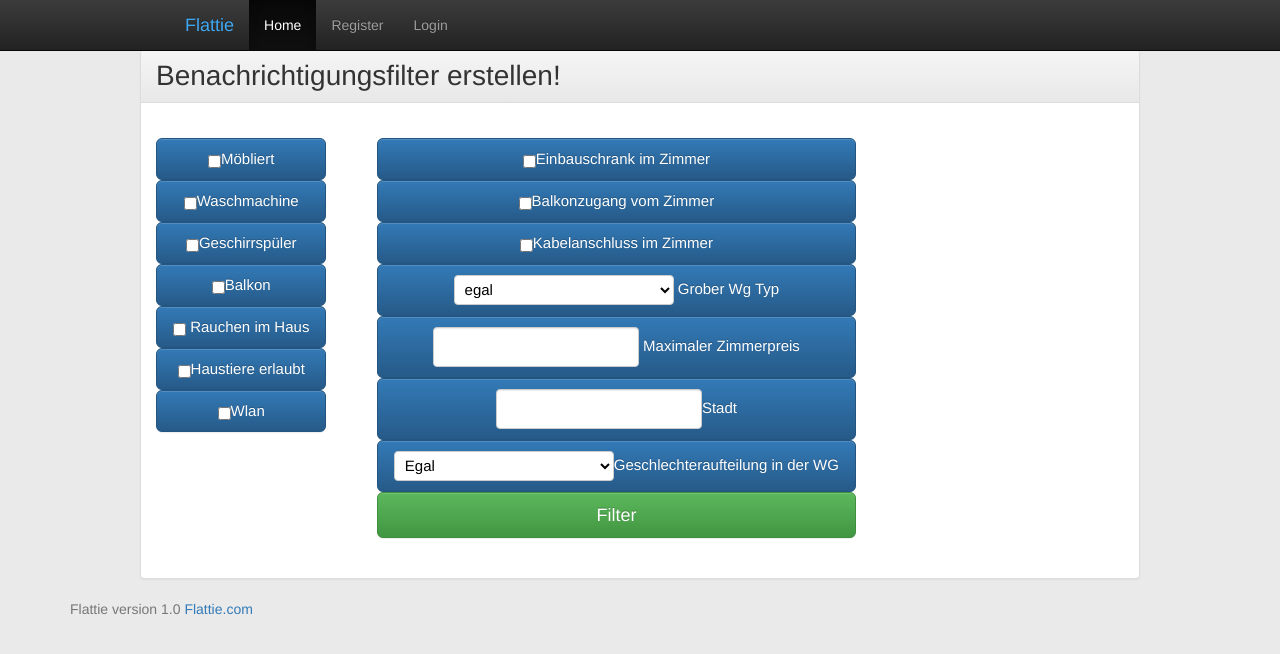
Repository: ese-unibe-ch/ese2014-team2
Page: http://localhost/Skeleton/pages/createCustomFilter.jsp
The author's editor kept a copy of each file at every save. The page is drawn from the files as they stood at one save, then again after the next save.
The browser window is 1280 px wide. The pictures show the whole page.
Some web libraries are served in a nearby version. The page is served by Tomcat 9. Nobody is signed in. The application's start-up code is not run. Other server files are loaded and not shown. The template is opened directly, without the code that normally fills it, so the values that code supplies are empty.

Above is the page before, as saved 2014-11-26 11:48:35.
Console error (its wording comes from the project's code and is left out).

### Skeleton/src/main/webapp/pages/createCustomFilter.jsp
<%@ page language="java" pageEncoding="UTF-8" contentType="text/html;charset=utf-8" %>
<%@ taglib prefix="c" uri="http://java.sun.com/jsp/jstl/core" %>
<%@ taglib prefix="form" uri="http://www.springframework.org/tags/form" %>
<%@ taglib prefix="spring" uri="http://www.springframework.org/tags" %>


<c:import url="template/header.jsp" />



<div class="main">
	<div class="col-sm-16">
    	<div class="panel panel-default">
        	<div class="panel-heading">
            	<h3 class="panel-title">Benachrichtigungsfilter erstellen!</h3>
            </div>
            <div class="panel-body">


              <form:form method="post" modelAttribute="filterForm" action="saveCustomFilter"
		id="filterForm" cssClass="form-horizontal" autocomplete="off"
		enctype="multipart/form-data">
		<fieldset>



  				<div class="row">
				  <div class="col-lg-5">
				    <div class="input-group">

        					<h3><label class="btn btn-primary btn-lg btn-block" ><form:checkbox path="furnished" id="field-furnished" />Möbliert</label></h3>
							<h3><label class="btn btn-primary btn-lg btn-block" ><form:checkbox	path="hasLaundry" id="field-Laundry" />Waschmachine</label></h3>
							<h3><label class="btn btn-primary btn-lg btn-block" ><form:checkbox	path="hasDishwasher" id="field-Dishwasher" />Geschirrspüler</label></h3>
							<h3><label class="btn btn-primary btn-lg btn-block" ><form:checkbox	path="hasBalcony" id="field-Balcony"/>Balkon</label></h3>
							<h3><label class="btn btn-primary btn-lg btn-block" ><form:checkbox	path="smokingInside" id="field-smokingInside"/> Rauchen im Haus</label></h3>
							<h3><label class="btn btn-primary btn-lg btn-block" ><form:checkbox	path="hasPets" id="field-pets" />Haustiere erlaubt</label></h3>
							<h3><label class="btn btn-primary btn-lg btn-block" ><form:checkbox	path="wlan" id="field-wlan" />Wlan</label></h3>



				    </div><!-- /input-group -->
				  </div><!-- /.col-lg-6 -->
				  <div class="col-lg-5">
				    <div class="input-group">
				      		<h3><label class="btn btn-primary btn-lg btn-block" ><form:checkbox	path="hasBuiltInCloset" id="field-closet"/>Einbauschrank im Zimmer</label></h3>
				      		<h3><label class="btn btn-primary btn-lg btn-block" ><form:checkbox	path="toBalcony" id="field-isToBalcony"/>Balkonzugang vom Zimmer</label></h3>
				      		<h3><label class="btn btn-primary btn-lg btn-block" ><form:checkbox	path="hasCables" id="field-Cables"/>Kabelanschluss im Zimmer</label></h3>
				      		<h3><label class="btn btn-primary btn-lg btn-block" >
				      		<font color="000000"> <form:select path="wgType" id="field-wgType">
								<option value="undef">egal</option>
								<option value="wild">eher wild</option>
								<option value="calm">eher ruhig</option>


							</form:select> </font> Grober Wg Typ</label></h3>

				      		<h3><label class="btn btn-primary btn-lg btn-block" ><font color="000000"><form:input path="roomPrice" id="field-roomPrice" maxlength="6" /></font> Maximaler Zimmerpreis</label></h3>
				      		<h3><label class="btn btn-primary btn-lg btn-block" ><font color="000000"><form:input path="city" id="field-city" maxlength="15" /></font>Stadt</label></h3>
				      		<h3><label class="btn btn-primary btn-lg btn-block" ><font color="000000"><form:select path="wgGender" id="field-wgGender"
								tabindex="13">
								<option value="dontcare"> Egal</option>
								<option value="female">Reine Frauenwg</option>
								<option value="male">Reine Männerwg</option>


							</form:select></font>Geschlechteraufteilung in der WG</label></h3>

				      			<button type="submit" class="btn btn-success btn-lg btn-block">Filter</button>
				    </div><!-- /input-group -->
				  </div><!-- /.col-lg-6 -->
				</div><!-- /.row -->





		</fieldset>
		</form:form>

            </div>
          </div>


</div>


</div>


<c:import url="template/footer.jsp" />

### Skeleton/src/main/webapp/pages/template/header.jsp
<!DOCTYPE html>
<html lang="en">
<http use-expressions="true">



    	<meta charset="UTF-8">

    	<title>About Princesses and Castles</title>

    	<link rel="stylesheet" type="text/css" href="css/stylesheet.css" media="all"/>
    	<link rel="stylesheet" type="text/css" href="css/bootstrap.min.css" media="screen" />
    	<script type="text/javascript"  src="dn.com/bootstrap/3.2.0/js/bootstrap.min.js"></script>
    	<script type="text/javascript" src="http://code.jquery.com/jquery-2.1.1.min.js"></script>
		<script src="http://ajax.googleapis.com/ajax/libs/jquery/1.4.2/jquery.min.js?ver=1.4.2"></script>
    	<script src="js/login.js"></script>
    	<link rel="stylesheet" href="https://maxcdn.bootstrapcdn.com/bootstrap/3.3.0/css/bootstrap.min.css">
<link rel="stylesheet" href="https://maxcdn.bootstrapcdn.com/bootstrap/3.3.0/css/bootstrap-theme.min.css">

    	<!-- HTML5 shim, for IE6-8 support of HTML5 elements -->
    	<!--[if lt IE 9]>
    	<script src="http://html5shim.googlecode.com/svn/trunk/html5.js"></script>
    	<![endif]-->
<!--   WASTE!
    	<style>
        	body {
         	   padding-top: 60px; /* 60px to make the container go all the way to the bottom of the topbar */
        	}
    	</style>
    -->



</head>
<body>
<%@ page language="java" pageEncoding="UTF-8" contentType="text/html;charset=utf-8" %>
<%@ taglib prefix="c" uri="http://java.sun.com/jsp/jstl/core" %>
<%@ taglib prefix="form" uri="http://www.springframework.org/tags/form" %>
<%@ taglib prefix="spring" uri="http://www.springframework.org/tags" %>
<%@ taglib prefix="security" uri="http://www.springframework.org/security/tags" %>

   	  <link href="http://ajax.googleapis.com/ajax/libs/jqueryui/1.8/themes/ui-lightness/jquery-ui.css" rel="stylesheet" type="text/css"/>
      <script src="http://ajax.googleapis.com/ajax/libs/jquery/1.5/jquery.min.js"></script>
      <script src="http://ajax.googleapis.com/ajax/libs/jqueryui/1.8/jquery-ui.min.js"></script>

      <script>
      $(document).ready(function() {
        $("#datepicker").datepicker();
      });
      </script>

       <script>
      $(document).ready(function() {
        $("#datepicker2").datepicker();
      });
      </script>

<security:authorize access="isAnonymous()">
    <!-- Fixed navbar -->
    <nav class="navbar navbar-inverse navbar-fixed-top" role="navigation">
      <div class="container">
        <div class="navbar-header">
          <button type="button" class="navbar-toggle collapsed" data-toggle="collapse" data-target="#navbar" aria-expanded="false" aria-controls="navbar">
            <span class="sr-only">Toggle navigation</span>
            <span class="icon-bar"></span>
            <span class="icon-bar"></span>
            <span class="icon-bar"></span>
          </button>
          <a class="navbar-brand" href="/Skeleton" color="#3fa9f5">Flattie</a>
        </div>
        <div id="navbar" class="navbar-collapse collapse">
          <ul class="nav navbar-nav">
            <li class="active"><a href="/Skeleton">Home</a></li>
            <li><a href="register">Register</a></li>
            <li><a href="#" id="loginButton"><span>Login</span><em></em></a>
                <div style="clear:both"></div>
                <div id="loginBox">
                    <form id="loginForm" name="loginForm" action="<c:url value='j_spring_security_check' />" method="POST">
                        <fieldset id="body">
                            <fieldset>
                                <label for="email">Email Address</label>
                                <input type="text" name="j_username" id="email" placeholder="Email" />
                            </fieldset>
                            <fieldset>
                                <label for="password">Password</label>
                                <input type="password" name="j_password" id="password" placeholder="Password" />
                            </fieldset>
                            <input type="submit" id="login" value="Sign in" />
                            <label for="checkbox"><input type="checkbox" id="checkbox" />Remember me</label>
                        </fieldset>
                        <span><a href="#">Forgot your password?</a></span>
                    </form>
                </div></li>
          </ul>
        </div><!--/.nav-collapse -->
      </div>
    </nav>
</security:authorize>

<security:authorize access="isAuthenticated()">
	    <!-- Fixed navbar -->
    <nav class="navbar navbar-inverse navbar-fixed-top" role="navigation">
      <div class="container">
        <div class="navbar-header">
          <button type="button" class="navbar-toggle collapsed" data-toggle="collapse" data-target="#navbar" aria-expanded="false" aria-controls="navbar">
            <span class="sr-only">Toggle navigation</span>
            <span class="icon-bar"></span>
            <span class="icon-bar"></span>
            <span class="icon-bar"></span>
          </button>
          <a class="navbar-brand" href="/Skeleton">Flattie</a>
        </div>
        <div id="navbar" class="navbar-collapse collapse">
          <ul class="nav navbar-nav">
            <li><a href="myprofile">Profil</a></li>
            <li><a href="myinbox">Inbox</a></li>
            <li><a href="myads">Ads</a></li>
            <li><a href="bookmarks">Favoriten</a></li>
            <li><a href="logout">Logout</a></li>
          </ul>
        </div><!--/.nav-collapse -->
      </div>
    </nav>
</security:authorize>

<div id="push_header"></div>



<div id="container_background">
	<div class="container">

Loaded but not shown: Skeleton/src/main/webapp/pages/template/footer.jsp (common file); Skeleton/src/main/webapp/css/bootstrap.min.css (library); Skeleton/src/main/webapp/js/bootstrap.min.js (library); Skeleton/src/main/webapp/js/login.js (common file); Skeleton/src/main/webapp/css/stylesheet.css (2278 lines, source omitted)

After the next save:
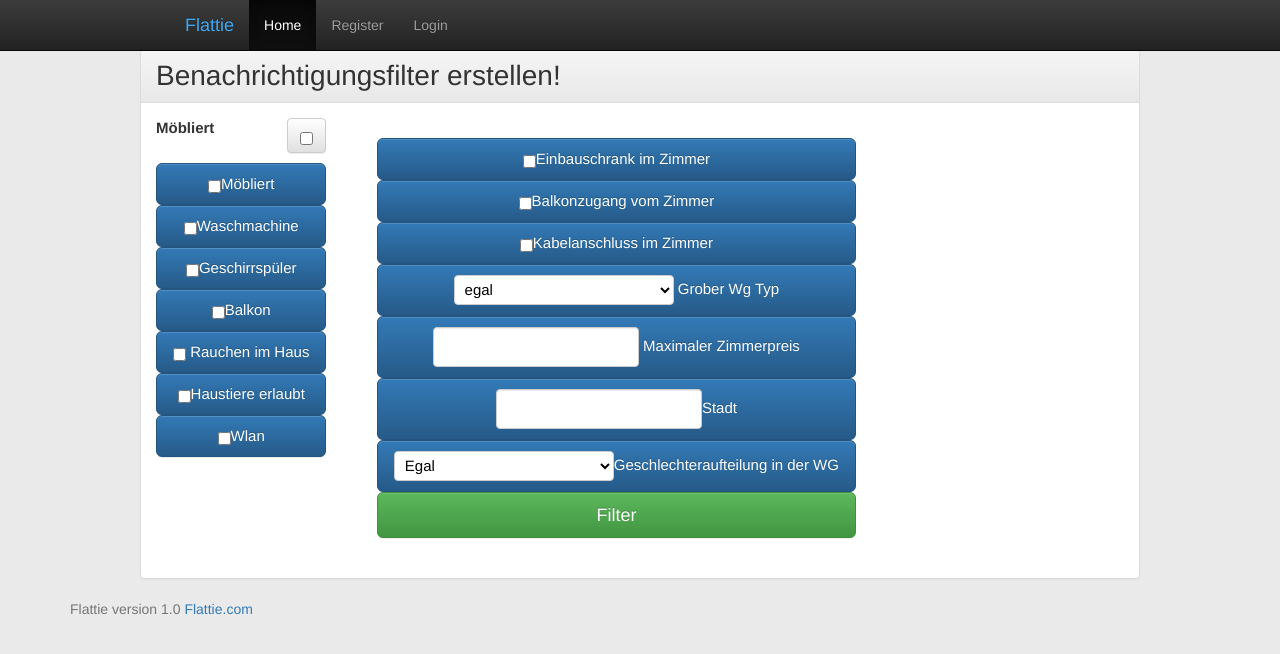
Saved 14 min 38 s later.
--- a/Skeleton/src/main/webapp/pages/createCustomFilter.jsp
+++ b/Skeleton/src/main/webapp/pages/createCustomFilter.jsp
@@ -27,6 +27,7 @@
   				<div class="row">
 				  <div class="col-lg-5">
 				    <div class="input-group">
+				    	<label>Möbliert</label><label class="btn btn-default"><form:checkbox path="furnished" id="field-furnished" /></label>
 
         					<h3><label class="btn btn-primary btn-lg btn-block" ><form:checkbox path="furnished" id="field-furnished" />Möbliert</label></h3>
 							<h3><label class="btn btn-primary btn-lg btn-block" ><form:checkbox	path="hasLaundry" id="field-Laundry" />Waschmachine</label></h3>
